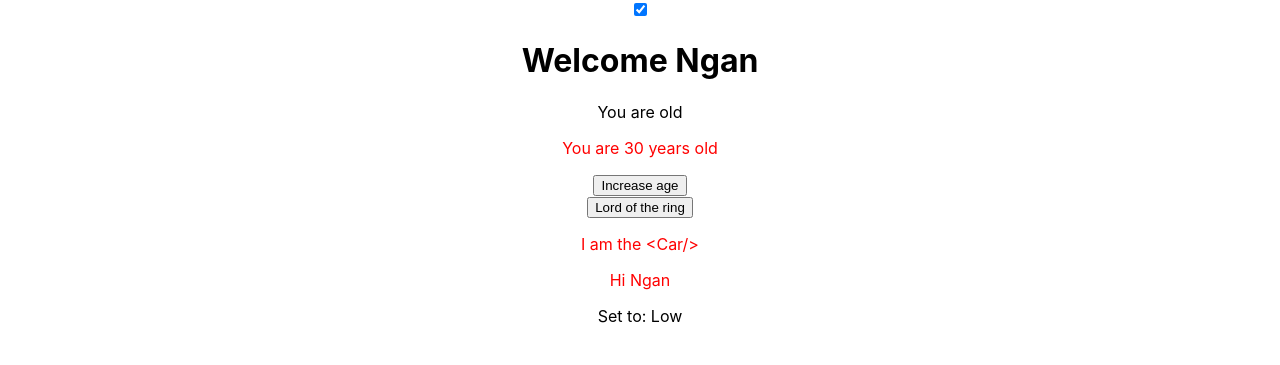
Repository: nguyenthibichngan/learn-react-redux
Page: /
The author's editor kept a copy of each file at every save. The page is drawn from the files as they stood at one save, then again after the next save.
The browser window is 1280 px wide. The pictures show the whole page.
The project was rebuilt for these pictures with package versions that can differ from the ones it lists, and the page was loaded fresh each time. Also part of the build but not shown: src/component/MenuListItem/style.module.css, src/component/DisplayDifficulty/DisplayDifficulty.js.

Above is the page before, as saved 2023-09-11 15:52:33.

After the next save:
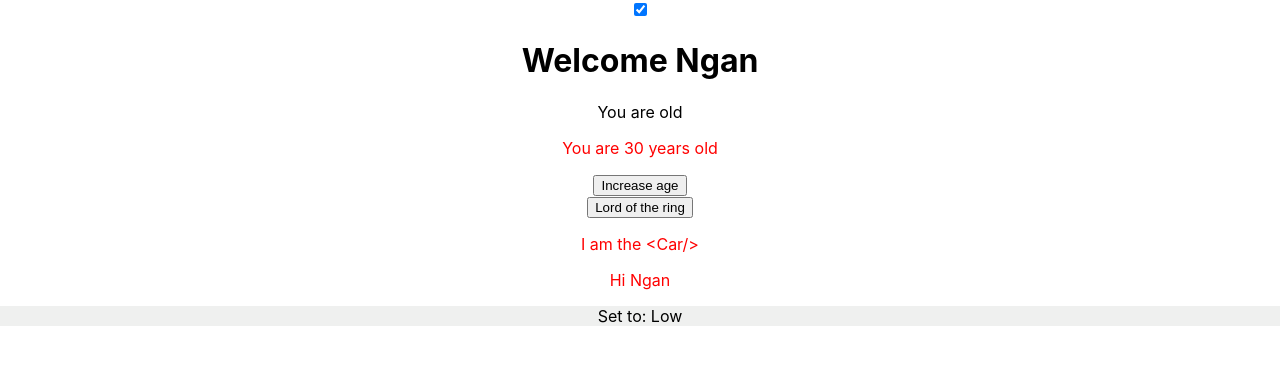
Saved 51 s later.
--- a/src/component/MenuListItem/MenuListItem.js
+++ b/src/component/MenuListItem/MenuListItem.js
@@ -20,7 +20,11 @@ export const MenuListItem = (props) => {
 
   //console.log("Is hovered ? ", isHovered);
   return (
-    <div onMouseEnter={activate} onMouseLeave={deactivate}>
+    <div
+      onMouseEnter={activate}
+      onMouseLeave={deactivate}
+      style={{ backgroundColor: getBackgroundColor() }}
+    >
       Set to: {props.difficulty}
     </div>
   );
